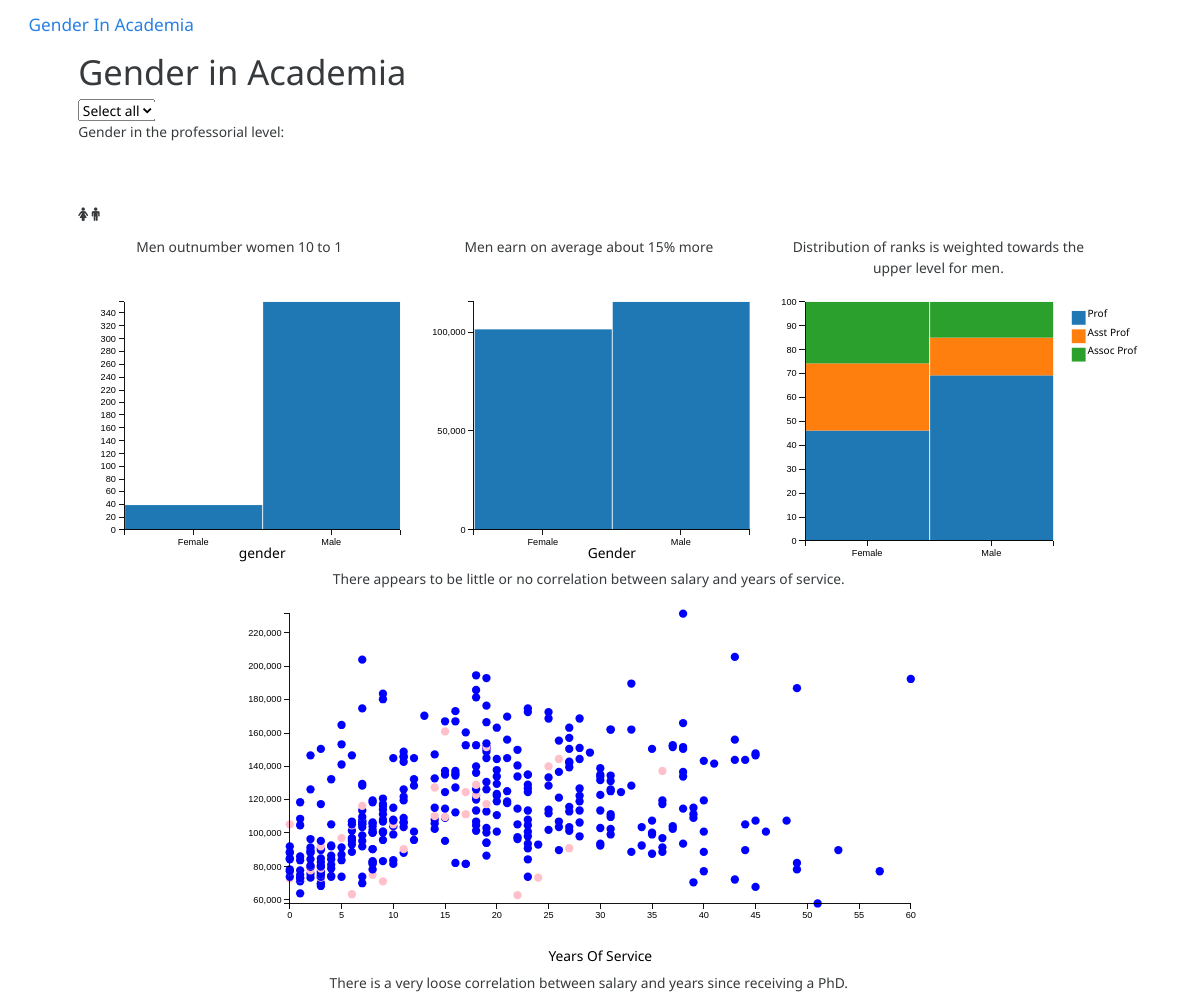
Repository: NeiloErnesto89/Crossfilter_JS_GenderInAcademiaGraphs
Page: index.html
The author's editor kept a record of every edit. The page is drawn from the files as they stood at one moment, then again after the next edit.
The browser window is 1280 px wide. The pictures show the whole page, at 92% of full size.

Above is the page before.

### index.html
<!DOCTYPE html>
<html lang="en">
<head>
    <meta charset="UTF-8">
    <meta name="viewport" content="width=device-width, initial-scale=1.0">
    <meta http-equiv="X-UA-Compatible" content="ie=edge">
    <title>Gender In Academia</title>

    <link rel="stylesheet" href="static/css/bootstrap.min.css" type="text/css" />
    <link rel="stylesheet" href="static/css/dc.min.css" type="text/css" />
     <link rel="stylesheet" type="text/css" href="https://maxcdn.bootstrapcdn.com/font-awesome/4.7.0/css/font-awesome.min.css">
    <link rel="stylesheet" href="static/css/style.css" type="text/css" /> <!-- after predefine bs as we want our own files to overrride others -->

    <script type="text/javascript" src="static/js/d3.min.js"></script>
    <script type="text/javascript" src="static/js/crossfilter.min.js"></script>
    <script type="text/javascript" src="static/js/dc.min.js"></script>
    <script type="text/javascript" src="static/js/queue.min.js"></script>
    <script type="text/javascript" src="static/js/graph.js"></script>


</head>
<body>
 <nav class="navbar navbar-default">
      <div class="container-fluid">
        <div class="navbar-header">
          <a class="navbar-brand" href="#">Gender In Academia</a>
        </div>
    </div>
    </nav>

<main>
      <section class="section">
        <div class="container">

          <div class="row">
            <div class="col-xs-12 col-sm-12">
              <h1 class="section-heading">Gender in Academia</h1>
              <div id="discipline-selector"></div>
            </div>
          </div>

          <div class="row">
                    <div class="col-xs-12 col-sm-12">
                        <p class="section-paragraph">Gender in the professorial level:</p>
                    </div>

            <div class="col-xs-12 col-sm-6 col-lg-6">
                <i class="fa fa-female fa-gender" aria-hidden="true"></i> <span class="number-box" id="percent-of-women-professors"></span>
                <i class="fa fa-male fa-gender" aria-hidden="true"></i> <span class="number-box" id="percent-of-men-professors"></span>
            </div>
          </div>
        </div>
    </section>


      <section class="section">
        <div class="container">

          <div class="row">
            <div class="col-xs-12 col-sm-4 text-center">
              <p class="section-paragraph">Men outnumber women 10 to 1</p>
              </div>
              <div class="col-xs-12 col-sm-4 text-center">
                <p class="section-paragraph">Men earn on average about 15% more</p>
              </div>
              <div class="col-xs-12 col-sm-4 text-center">
                            <p class="section-paragraph">Distribution of ranks is weighted towards the upper level for men.</p>
                        </div>
            </div>

            <div class="row">
              <div class="col-xs-12 col-sm-4 text-center" id="gender-balance" class="custom-chart"></div>
              <div class="col-xs-12 col-sm-4 text-center" id="average-salary" class="custom-chart"></div>
              <div class="col-xs-12 col-sm-4 text-center" id="rank-distribution" class="custom-chart"></div>
            </div>
          </div>
        </section>

        <section class="section">
          <div class="container">

            <div class="row">
              <div class="col-xs-12 col-sm-12 text-center">
                <p class="section-paragraph">There appears to be little or no correlation between salary and years of service.</p>
            </div>

            <div class="col-xs-12 col-sm-12 text-center" id="service-salary">

            </div>
          </div>
        </div>
      </section>

      <section class="section">
        <div class="container">

          <div class="row">
            <div class="col-xs-12 col-sm-12 text-center">
              <p class="section-paragraph">There is a very loose correlation between salary and years since receiving a PhD.</p>
            </div>

            <div class="col-xs-12 col-sm-12 text-center" id="phd-salary"></div>
          </div>

        </div>
      </section>
    </main>
</body>
</html>

### static/css/style.css
.number-box {
    font-size: 64px;
    text-align: center;
    line-height: normal;
}

### static/js/graph.js
queue()
    .defer(d3.csv, "data/Salaries.csv ") // 2 arguments, format of data (1) and path to data (2)
    .await(makeGraphs);

function makeGraphs(error, salaryData) { // 2 arugments, 1st var is error, 2nd is var that data will be passed into queue js
    var ndx = crossfilter(salaryData);

    salaryData.forEach(function(d) {
        d.salary = parseInt(d.salary);
        d.yrs_service = parseInt(d["yrs.service"]); /* alreadt has . notation in file*/
    })

    show_discipline_selector(ndx);

    show_percent_that_are_professors(ndx, "Female", "#percentage-of-women-professors");
    show_percent_that_are_professors(ndx, "Male", "#percentage-of-men-professors");

    show_gender_balance(ndx);
    show_average_salary(ndx);
    show_rank_distribution(ndx);

    show_service_to_salary_correlation(ndx);

    dc.renderAll();

}


function show_discipline_selector(ndx) {
    var dim = ndx.dimension(dc.pluck('discipline'));
    var group = dim.group();

    dc.selectMenu("#discipline-selector")
        .dimension(dim)
        .group(group);
}

function show_percent_that_are_professors(ndx, gender, element) {
var percentageThatAreProf = ndx.groupAll().reduce(
    function (p, v) {
        if (v.sex === gender) { //new argument from ndx
             p.count++;
                if (v.rank === "Prof") {
                    p.are_prof++;
                }
        }
        return p;
    },

    function (p, v) {
            if (v.sex === gender) {
             p.count--;
                if (v.rank === "Prof") {
                    p.are_prof--;
                }
        }
        return p;
    },

    function () {
       return {count: 0, are_prof: 0};
    }
    );

    dc.numberDisplay(element) // formerly "#percentage-of-women-professors"
        .formatNumber(d3.format(".2% "))
        .valueAccessor(function(d) {
            if (d.count == 0) {
                return 0;
            } else {
                return (d.are_prof / d.count);
            }
        })
        .group(percentageThatAreProf);
}

function show_gender_balance(ndx) {
    var dim = ndx.dimension(dc.pluck("sex"));
    var group = dim.group(); // no reduce as we just count the rows

    dc.barChart('#gender-balance')
    .width(400)
    .height(300)
    .margins({top: 10, right: 50, bottom: 30, left: 50})
    .dimension(dim)
    .group(group)
    .transitionDuration(500)
    .x(d3.scale.ordinal())
    .xUnits(dc.units.ordinal)
   // .elasticY(true)
    .xAxisLabel("gender")
    .yAxis().ticks(20);

}

function show_average_salary(ndx) {
    var dim = ndx.dimension(dc.pluck('sex'));

    function add_item(p, v) {
        p.count++;
        p.total += v.salary;
        p.average = p.total / p.count;
        return p;
    }

    function remove_item(p, v) {
        p.count--;
        if(p.count == 0) {
            p.total = 0;
            p.average = 0;
        } else {
            p.total -= v.salary;
            p.average = p.total / p.count;
        }
        return p;
    }

    function initialise() {
        return {count: 0, total: 0, average: 0};
    }

    var averageSalaryByGender = dim.group().reduce(add_item, remove_item, initialise);


    dc.barChart('#average-salary')
    .width(400)
    .height(300)
    .margins({top: 10, right: 50, bottom: 30, left: 50})
    .dimension(dim)
    .group(averageSalaryByGender)
    .valueAccessor(function (d){
        return d.value.average.toFixed(2);
        })
        .transitionDuration(500)
    .x(d3.scale.ordinal())
    .xUnits(dc.units.ordinal)
    .elasticY(true)
    .xAxisLabel("Gender")
    .yAxis().ticks(4);
}

function show_rank_distribution(ndx) {

 //   var  dim = ndx.dimension(dc.pluck('sex'));

/*    var profByGender = dim.group().reduce(
        function (p, v) {
            p.total++;
            if(v.rank == rank) {
                p.match++;
            }
            return p;
        },
        function (p, v) {
            p.total--;
            if(v.rank == rank) {
                p.match--;
            }
            return p;
        },
        function () {
            return {total: 0, match: 0};
        }
    );
*/
    function rankByGender (dimension, rank) {
        return dimension.group().reduce(
            function (p, v) {
                p.total++;
                if(v.rank == rank) {
                    p.match++;
                }
                return p;
            },
            function (p, v) {
                p.total--;
                if(v.rank == rank) {
                    p.match--;
                }
                return p;
            },
            function () {
                return {total: 0, match: 0};
            }
        );
    }

    var  dim = ndx.dimension(dc.pluck('sex'));
    var profByGender = rankByGender(dim, "Prof");
    var asstProfByGender = rankByGender(dim, "AsstProf");
    var assocProfByGender = rankByGender(dim, "AssocProf");

    //  console.log(profByGender.all());

    dc.barChart("#rank-distribution")
        .width(400)
        .height(300)
        .dimension(dim)
        .group(profByGender, "Prof")
        .stack(asstProfByGender, "Asst Prof")
        .stack(assocProfByGender, "Assoc Prof")
        .valueAccessor(function(d) {
            if(d.value.total > 0) {
                return (d.value.match / d.value.total) * 100; // to get % of match
            } else {
                return 0;
            }
        })
        .x(d3.scale.ordinal())
        .xUnits(dc.units.ordinal)
        .legend(dc.legend().x(320).y(20).itemHeight(15).gap(5))
        .margins({top: 10, right: 100, bottom: 30, left: 30});


}

function show_service_to_salary_correlation(ndx) {

    var genderColors = d3.scale.ordinal()
        .domain(["Female", "Male"])
        .range(["pink", "blue"]) // domain and range need to have same amounts as the correlate

    var eDim = ndx.dimension(dc.pluck("yrs_service"));
    var experienceDim = ndx.dimension(function(d) {
        return [d.yrs_service, d.salary, d.rank, d.sex];
    });
    var experienceSalaryGroup = experienceDim.group();

    var minExperience = eDim.bottom(1)[0].yrs_service;
    var maxExperience = eDim.top(1)[0].yrs_service;

    dc.scatterPlot("#service-salary")
        .width(800)
        .height(400)
        .x(d3.scale.linear().domain([minExperience, maxExperience]))
        .brushOn(false)
        .symbolSize(8)
        .clipPadding(10)

        .xAxisLabel("Years Of Service")
        .title(function(d) {
            return d.key[2] + " earned " + d.key[1];
        })
        .colorAccessor(function(d) {
            return d.key[3];
        })
        .colors(genderColors)
        .dimension(experienceDim)
        .group(experienceSalaryGroup)
        .margins({top: 10, right: 50, bottom: 75, left: 75});
}

Loaded but not shown: static/css/bootstrap.min.css (library); static/css/dc.min.css (library); static/js/d3.min.js (library); static/js/crossfilter.min.js (library); static/js/dc.min.js (library); static/js/queue.min.js (common file)

After the next edit:
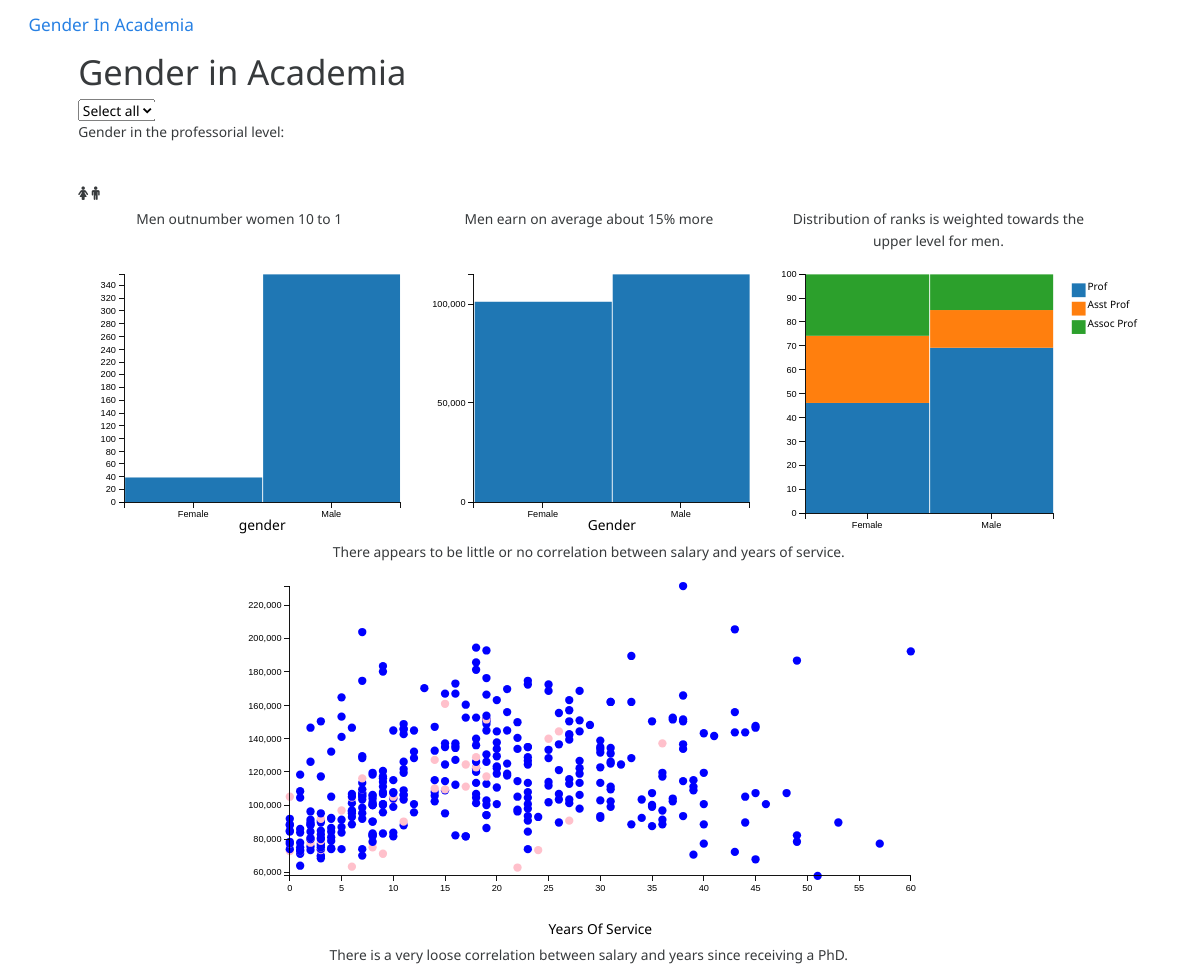
The edit:
--- a/static/css/style.css
+++ b/static/css/style.css
@@ -1,5 +1,5 @@
 .number-box {
-    font-size: 64px;
+    font-size: 42px;
     text-align: center;
     line-height: normal;
 }
